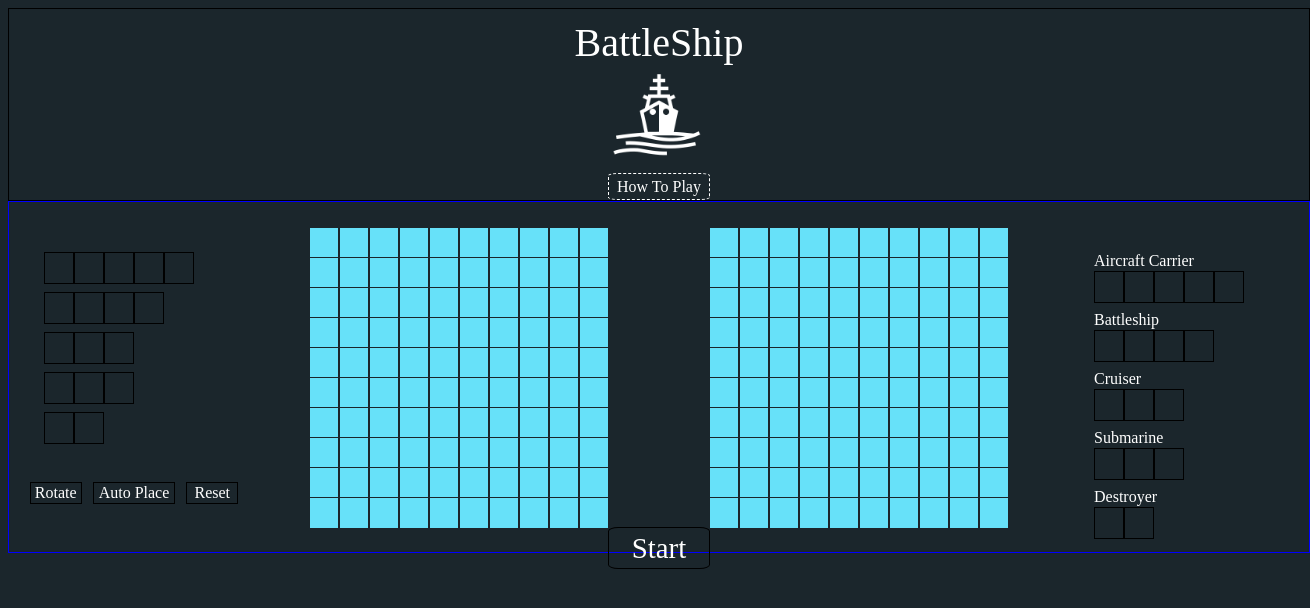
Repository: J-Haze/BattleshipApp
Page: /
An editor plug-in stored every save of this project. The page is shown before and after the next save, followed by the edit.
The browser window is 1280 px wide. The page is 1310 px wide, then 1280 px, so the pictures cover 1310 px, including what lies to the right of the window. The pictures show the whole page.
The project was rebuilt for these pictures with package versions that can differ from the ones it lists, and the page was loaded fresh each time. Also part of the build but not shown: src/index.css, src/Components/ModalEnd.js, src/Components/ModalHowTo.js.

Above is the page before, as saved 2020-09-26 19:18:21.

After the next save:
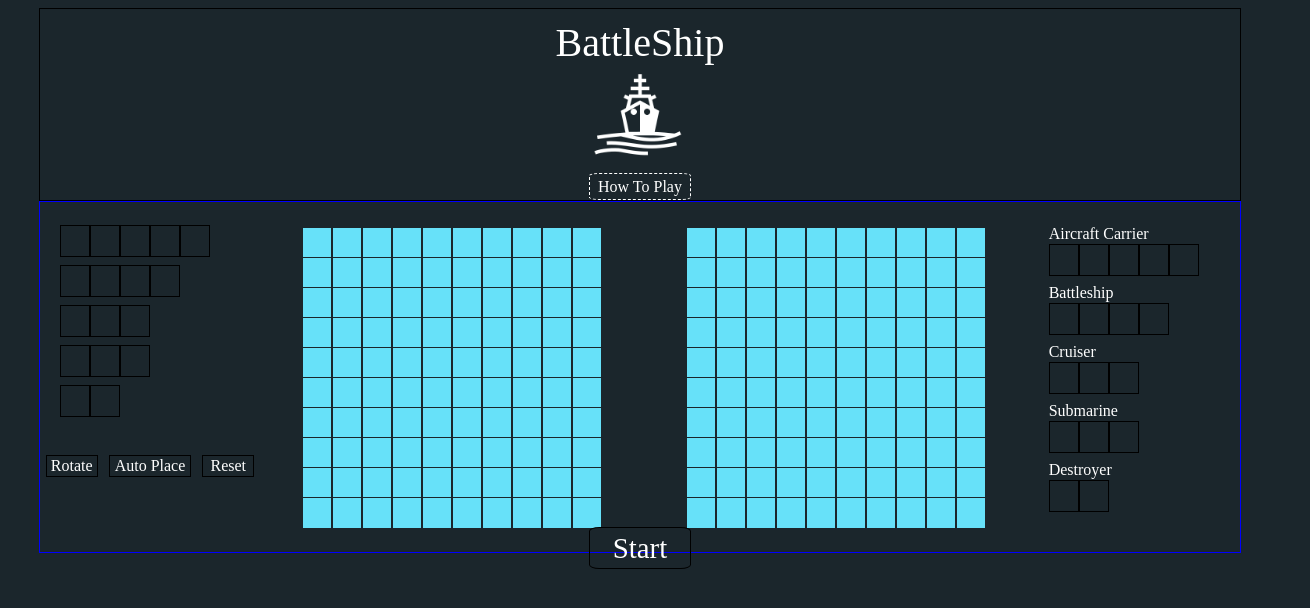
Saved 5 min 53 s later.
--- a/src/App.css
+++ b/src/App.css
@@ -21,7 +21,7 @@ header {
     align-items: center;
     margin-left: auto;
     margin-right: auto;
-    width: 1300px;
+    width: 1200px;
     /* height: 80px; */
 
 }
@@ -56,7 +56,7 @@ header {
 }
 
 #game{
-    width: 1300px;
+    width: 1200px;
     height: 350px;
     display: flex;
     flex-direction: column;
@@ -121,7 +121,7 @@ header {
 
 .sunk{
     background-color:black;
-    border: var(--red);
+    border: 1px solid var(--red);
     height: 100%;
     width: 100%;
 }
@@ -140,7 +140,7 @@ header {
 
 #top-row{
     display: flex;
-    width: 1300px;
+    width: 1200px;
     height: 350px;
     /* border: 1px solid blue; */
     margin-left: auto;
@@ -184,7 +184,7 @@ header {
 .fleet-horizontal{
     height: 220px;
     width: 220px;
-    margin-top: 50px;
+    margin-top: 23px;
     margin-left: auto;
     margin-right: auto;
 }
@@ -341,7 +341,7 @@ header {
     left: 0;
     top: 0;
     width: 100vw;
-    min-width: 1300px;
+    min-width: 1200px;
     height: 100vh;
     /* overflow: auto; */
     background-color: rgb(0,0,0);
